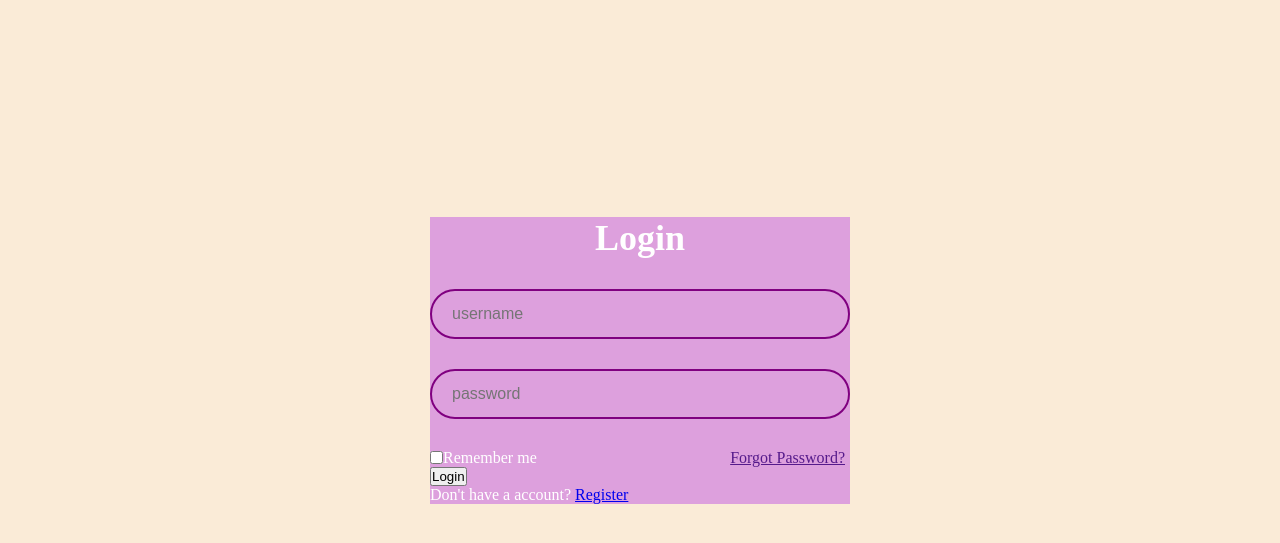
Repository: Kubraaygun/Html_Css_Login
Page: index.html
An editor plug-in stored every save of this project. The page is shown before and after the next save, followed by the edit.
The browser window is 1280 px wide. The pictures show the whole page.

Above is the page before, as saved 2025-03-05 19:35:34.

### index.html
<!DOCTYPE html>
<html lang="en">
  <head>
    <meta charset="UTF-8" />
    <meta name="viewport" content="width=device-width, initial-scale=1.0" />
    <title>HTML</title>
    <link rel="stylesheet" href="style.css" />
    <link
      rel="stylesheet"
      href="https://fonts.googleapis.com/icon?family=Material+Icons"
    />
  </head>

  <body>
    <div class="container">
      <form action="">
        <!-- Baslik -->
        <h1 class="login">Login</h1>

        <!-- input alanimiz -->

        <!-- surname -->
        <div class="input-box">
          <input type="text" required placeholder="username" />
        </div>

        <!-- Password -->
        <div class="input-box">
          <input type="password" required placeholder="password" />
        </div>

        <!-- Remember me Alani -->
        <div class="remember-me">
          <label>
            <input class="checkbox" type="checkbox" />Remember
            <span>&nbsp;</span>me
          </label>
          <a href="">Forgot Password?</a>
        </div>

        <!-- Button -->
        <button type="submit" class="button">Login</button>

        <!-- Register Link -->
        <div class="register-link">
          <p>Don't have a account? <a href="#"> Register</a></p>
        </div>
      </form>
    </div>
  </body>
</html>

### style.css
* {
  margin: 0;
  padding: 0;
  box-sizing: border-box;
}

body {
  display: flex;
  justify-content: center;
  align-items: center;
  min-height: 100vh; /* vh: Tarayici penceresinin yuksekligine gore yuzde olarak boyut belirler. 1vh pencere yuksekliginin %1ine esittir */
  background-color: antiquewhite;
}

.container {
  width: 420px;
  background-color: plum;
  color: white;
}

.login {
  font-size: 36px;
  text-align: center;
}
.input-box {
  width: 100%;
  height: 50px;
  margin: 30px 0;
}

input {
  width: 100%;
  height: 100%;
  background-color: transparent;
  border: none;
  outline: none;
  border: 2px solid purple;
  border-radius: 30px;
  font-size: 16px;
  color: purple;
  padding: 20px;
}
input:hover {
  background-color: pink;
}

.remember-me {
  display: flex;
  align-items: center;
  justify-content: space-between;
  font-size: 16px;
  margin-right: 5px;
}

label {
  display: flex;
  align-items: center;
}

After the next save:
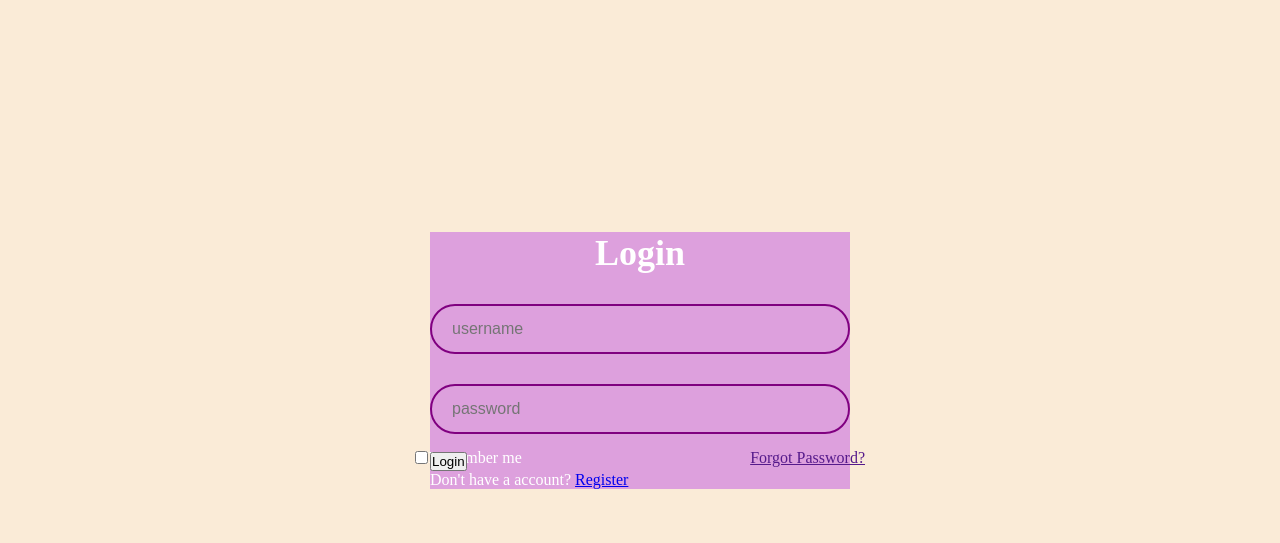
Saved 29 s later.
--- a/style.css
+++ b/style.css
@@ -49,7 +49,7 @@ input:hover {
   align-items: center;
   justify-content: space-between;
   font-size: 16px;
-  margin-right: 5px;
+  margin: -15px;
 }
 
 label {
